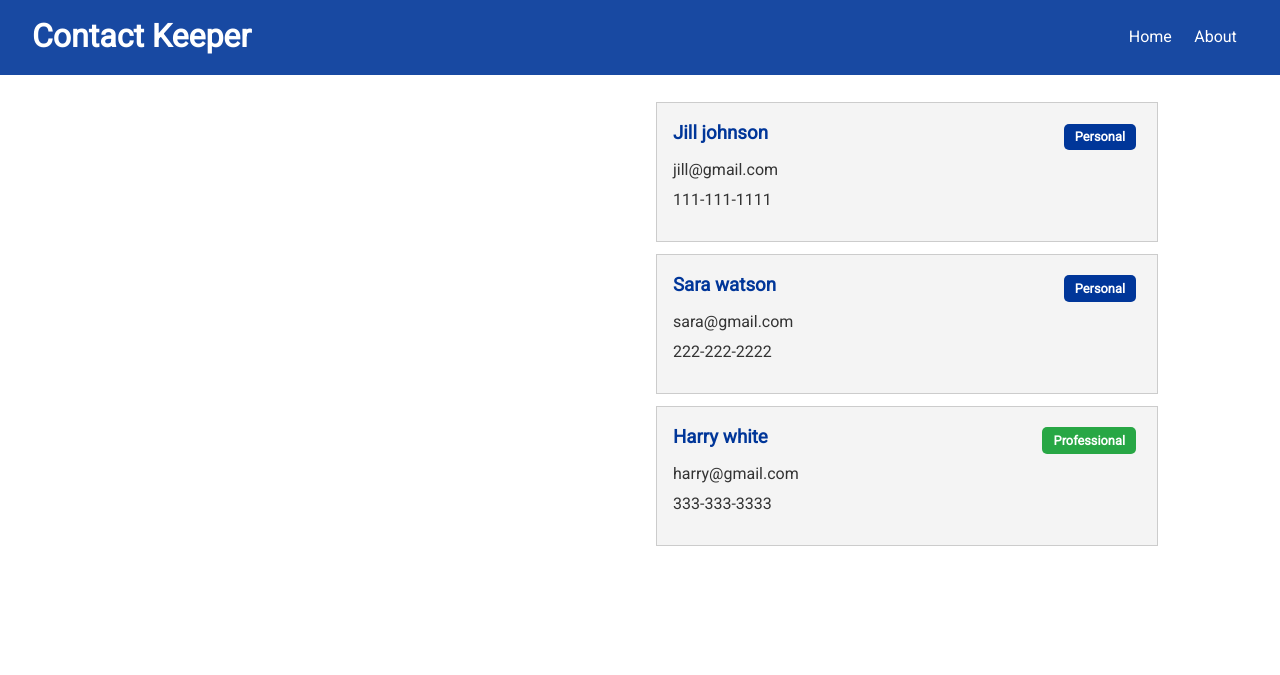
Repository: Izzazkhan/ContactStorage
Page: / (app in client/)
The author's editor kept a copy of each file at every save. The page is drawn from the files as they stood at one save, then again after the next save.
The browser window is 1280 px wide. The pictures show the whole page.
The project was rebuilt for these pictures with package versions that can differ from the ones it lists, and the page was loaded fresh each time. A package was used in the major version that the imports need, not the one package.json lists. Also part of the build but not shown: client/src/components/pages/About.js.

Above is the page before, as saved 2020-01-21 09:35:01.

### client/public/index.html
<!DOCTYPE html>
<html lang="en">
  <head>
    <meta charset="utf-8" />
    <link rel="icon" href="%PUBLIC_URL%/favicon.ico" />
    <meta name="viewport" content="width=device-width, initial-scale=1" />
    <meta name="theme-color" content="#000000" />
    <meta
      name="description"
      content="Web site created using create-react-app"
    />
    <link rel="apple-touch-icon" href="%PUBLIC_URL%/logo192.png" />
    <link rel="manifest" href="%PUBLIC_URL%/manifest.json" />
    <title>ContactKeeper | Keep track of your contacts</title>
  </head>
  <body>
    <noscript>You need to enable JavaScript to run this app.</noscript>
    <div id="root"></div>
  </body>
</html>

### client/src/App.js
import React, {Fragment} from 'react';
import {BrowserRouter as Router, Route, Switch} from 'react-router-dom'
import Navbar from './components/layout/Navbar'
import Home from './components/pages/Home'
import About from './components/pages/About'

import ContactState from './context/contact/ContactState'
import './App.css';

const App = () => {
  return (
    <ContactState>
      <Router>
        <Fragment>
        <Navbar />
          <div className="container">
            <Switch>
              <Route exact path='/' component={Home} />
              <Route exact path='/about' component={About} />
            </Switch>
          </div>
        </Fragment>
      </Router>
    </ContactState>
  );
}

export default App;

### client/src/components/layout/Navbar.js
import React from 'react'
import PropTypes from 'prop-types';
import {Link} from 'react-router-dom'
const Navbar = ({ title, icon }) => {
    return (
        <div className="navbar bg-primary">
            <h1>
                <i className={icon} /> {title}
            </h1>
            <ul>
                <li>
                    <Link to='/'>Home</Link>
                </li>
                <li>
                    <Link to='/about'>About</Link>
                </li>
            </ul>
        </div>
    )
}

Navbar.propTypes = {
    title: PropTypes.string.isRequired,
    icon: PropTypes.string,
}

Navbar.defaultProps = {
    title: 'Contact Keeper',
    icon: 'fas fa-id-card-alt'
}
export default Navbar

### client/src/components/pages/Home.js
import React from 'react'
import Contacts from '../contacts/Contacts'

export const Home = () => {
    return (
        <div className="grid-2">
            <div>
                {/* ContactForm */}
            </div>
            <div>
                <Contacts />
            </div>
        </div>
    )
}
export default Home

### client/src/context/contact/ContactState.js
import React, {useReducer} from 'react'
import uuid from 'uuid'
import ContactContext from './contactContext'
import contactReducer from './contactReducer'
import {
    ADD_CONTACT,
    DELETE_CONTACT,
    SET_CURRENT,
    CLEAR_CURRENT,
    UPDATE_CONTACT,
    FILTER_CONTACTS,
    CLEAR_FILTER
} from '../types'

const ContactState = props => {
    const initialState = {
        contacts: [
            {
                id: 1,
                name: 'Jill johnson',
                email: 'jill@gmail.com',
                phone: '111-111-1111',
                type: 'personal'
            },
            {
                id: 2,
                name: 'Sara watson',
                email: 'sara@gmail.com',
                phone: '222-222-2222',
                type: 'personal'
            },
            {
                id: 3,
                name: 'Harry white',
                email: 'harry@gmail.com',
                phone: '333-333-3333',
                type: 'professional'
            }
        ]
    }

    const [state, dispatch] = useReducer(contactReducer, initialState)

    return (
        <ContactContext.Provider
        value={{
            contacts: state.contacts
        }}>
            {props.children}
        </ContactContext.Provider>
    )
}

export default ContactState

### client/src/components/contacts/Contacts.js
import React, {Fragment, useContext} from 'react'
import ContactItem from './ContactItem'
import ContactContext from '../../context/contact/contactContext'
const Contacts = () => {
    const contactContext = useContext(ContactContext);

    const {contacts} = contactContext
    return (
        <Fragment>
            {contacts.map(contact => <ContactItem key={contact.id} contact={contact} />
            )}
        </Fragment>
    )
}
export default Contacts

### client/src/context/contact/contactContext.js
import {createContext } from 'react'

const contactContext = createContext()

export default contactContext

### client/src/context/types.js
export const ADD_CONTACT = 'ADD_CONTACT'
export const DELETE_CONTACT = 'DELETE_CONTACT'
export const SET_CURRENT = 'SET_CURRENT'
export const CLEAR_CURRENT = 'CLEAR_CURRENT'
export const UPDATE_CONTACT = 'UPDATE_CONTACT'
export const CLEAR_FILTER = 'CLEAR_FILTER'
export const FILTER_CONTACTS = 'FILTER_CONTACTS'
export const SET_ALERT = 'SET_ALERT'
export const REMOVE_ALERT = 'REMOVE_ALERT'

### client/src/components/contacts/ContactItem.js
import React from 'react'

export const ContactItem = ({contact}) => {
    const {id, name, email, phone, type} = contact;

    return (
        <div className='card bg-light'>
            <h3 className="text-primary text-left">
                {name}{' '} <span style={{float: 'right'}} className={'badge ' + (type === 'professional' ?
                    'badge-success' : 'badge-primary')}>{type.charAt(0).toUpperCase() + type.slice(1)}</span>
            </h3>
            <ul className='list'>
                {email && (<li>
                    <i className="fas fa-envelope-open" /> {email}
                </li>)}
                {phone && (<li>
                    <i className="fas fa-phone" /> {phone}
                </li>)}
            </ul>

        </div>
    )
}

export default ContactItem

Loaded but not shown: client/src/index.js (common file); client/src/App.css (common file); client/src/context/contact/contactReducer.js (no stored copy; drawn as an empty file)

After the next save:
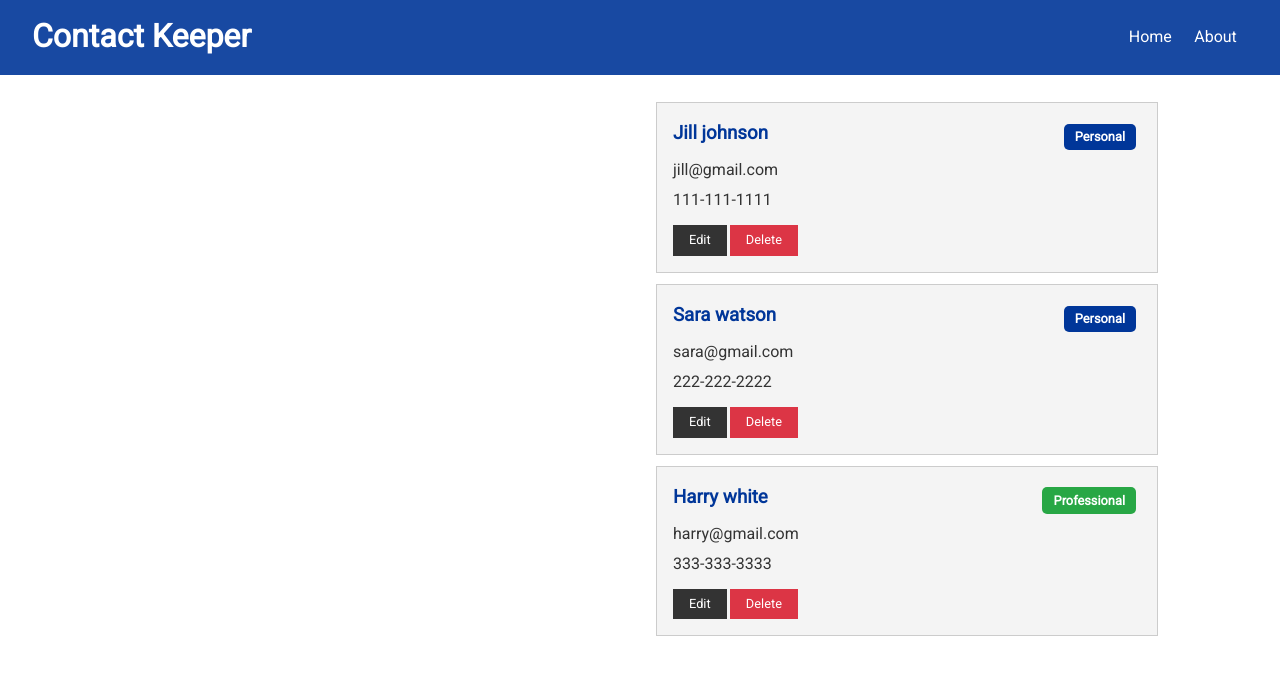
Saved 104 s later.
--- a/client/src/components/contacts/ContactItem.js
+++ b/client/src/components/contacts/ContactItem.js
@@ -17,7 +17,10 @@ export const ContactItem = ({contact}) => {
                     <i className="fas fa-phone" /> {phone}
                 </li>)}
             </ul>
-
+            <p>
+                <button className='btn btn-dark btn-sm'>Edit</button>
+                <button className='btn btn-danger btn-sm'>Delete</button>
+            </p>
         </div>
     )
 }
